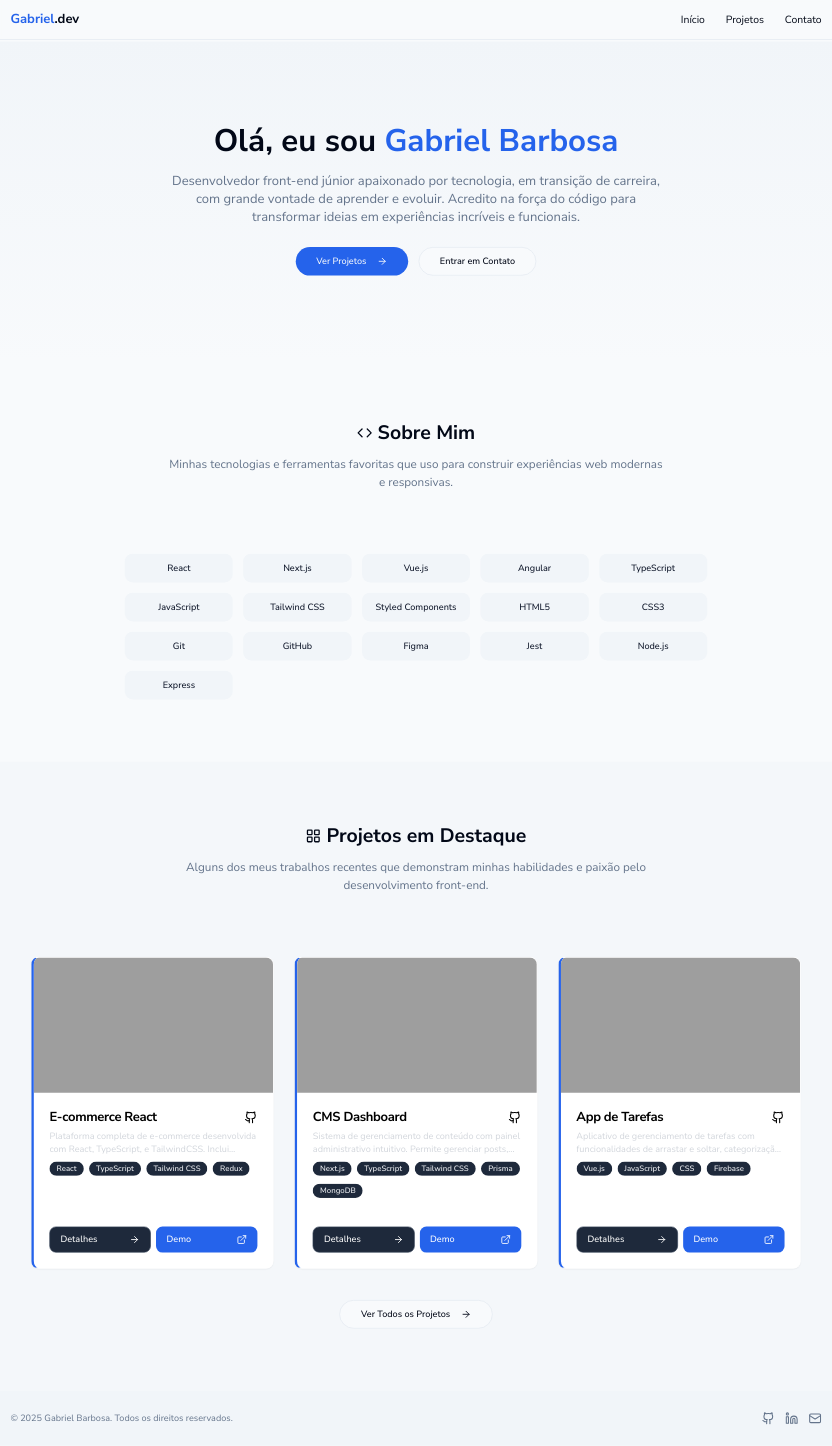
Repository: Biel-barbosa/portfolio-gabriel
Page: /
The author's editor kept a copy of each file at every save. The page is drawn from the files as they stood at one save, then again after the next save.
The browser window is 1280 px wide. The pictures show the whole page, at 65% of full size.
Pictures or frames that could not be fetched are drawn as grey boxes. The project was rebuilt for these pictures with package versions that can differ from the ones it lists, and the page was loaded fresh each time. Also part of the build but not shown: vite.config.ts, src/components/ui/tooltip.tsx, src/components/ui/tabs.tsx, src/pages/Projects.tsx, src/pages/ProjectDetail.tsx, src/pages/Contact.tsx, src/pages/NotFound.tsx.

Above is the page before, as saved 2025-05-20 16:44:57.

After the next save:
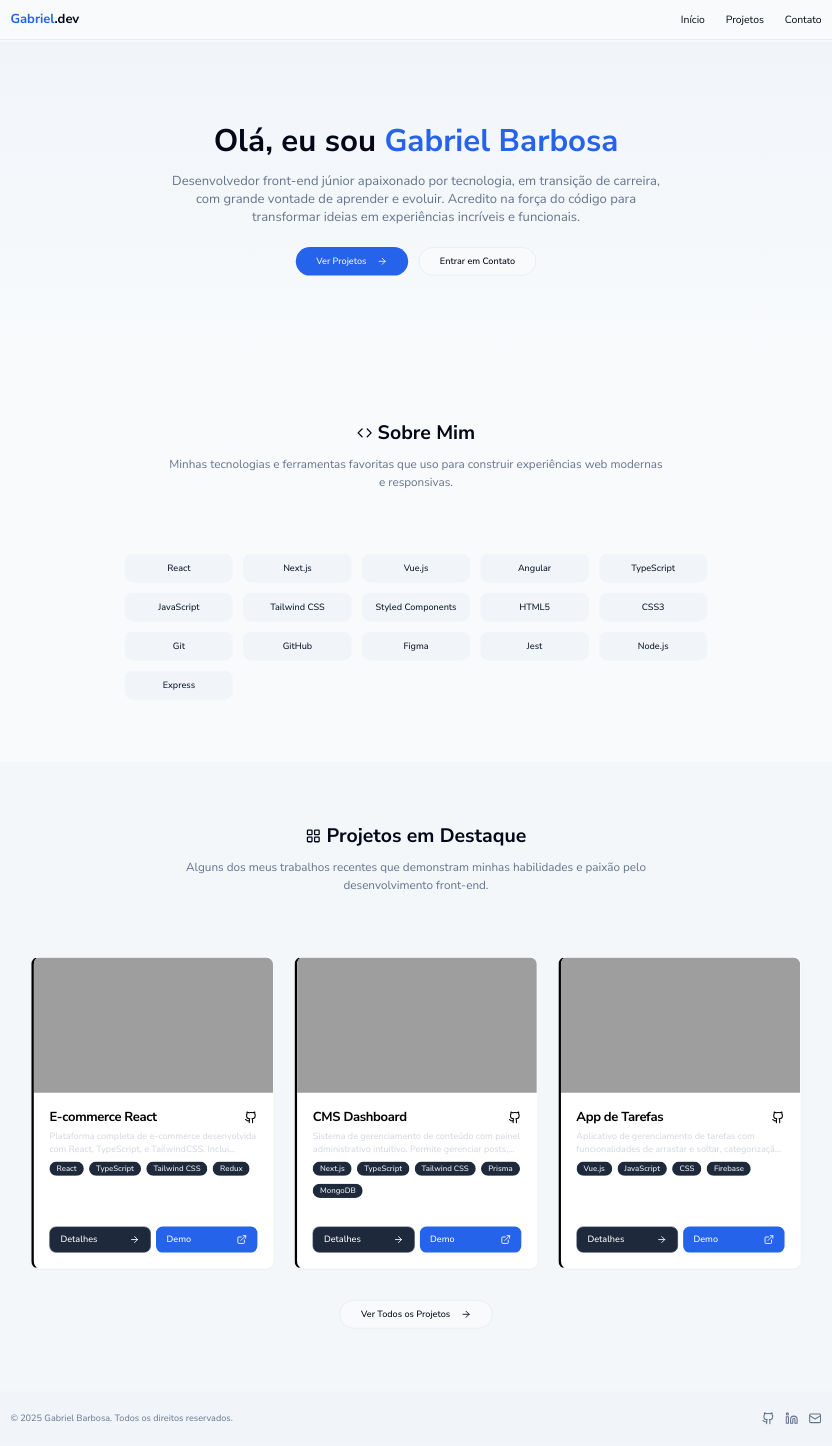
Saved 2 min 6 s later.
--- a/src/components/ProjectCard.tsx
+++ b/src/components/ProjectCard.tsx
@@ -27,7 +27,7 @@ const ProjectCard: React.FC<ProjectCardProps> = ({ project, featured = false })
   const projectImage = project.imageUrl || fallbackImages[imageIndex];
 
   return (
-    <Card className={`overflow-hidden flex flex-col bg-white border-white text-black hover:border-primary transition-all duration-300 ${featured ? 'border-l-4 border-l-primary' : ''}`}>
+    <Card className={`overflow-hidden flex flex-col bg-white border-white text-black hover:border-primary transition-all duration-300 ${featured ? 'border-l-4 border-l-[#000]' : ''}`}>
       <div className="h-52 overflow-hidden">
         <img
           src={projectImage}
